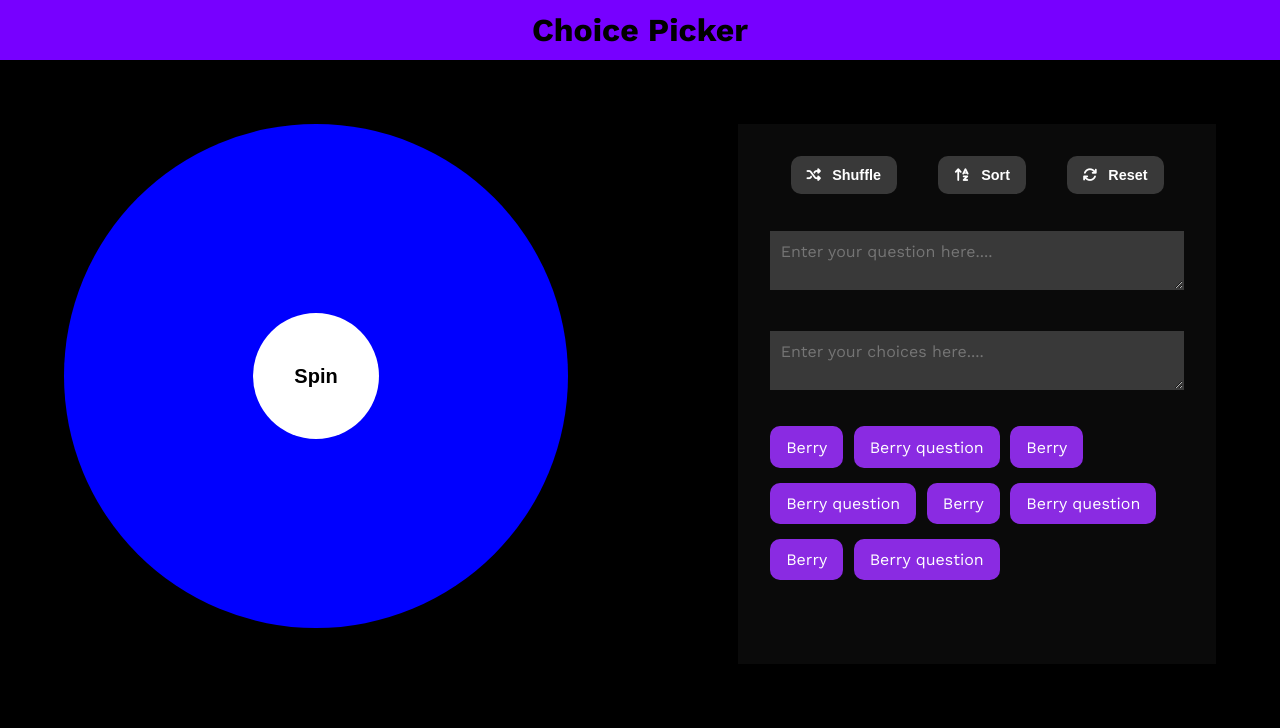
Repository: emiliaiwu/choice_wheel_spinner
Page: index.html
The author's editor kept a copy of each file at every save. The page is drawn from the files as they stood at one save, then again after the next save.
The browser window is 1280 px wide. The pictures show the whole page.
Some web libraries are served in a nearby version.

Above is the page before, as saved 2023-01-10 01:18:50.

### index.html
<!DOCTYPE html>
<html lang="en">
<head>
    <meta charset="UTF-8">
    <meta http-equiv="X-UA-Compatible" content="IE=edge">
    <meta name="viewport" content="width=device-width, initial-scale=1.0">
    <script src="https://kit.fontawesome.com/fd9c36575f.js" crossorigin="anonymous"></script>
    <link rel="stylesheet" href="style.css">
    <script defer src="script.js"></script>
    <title>Choice Picker</title>
</head>
<body>
    <header>
        <h1>Choice Picker</h1>
    </header>
    <div class="container">
        <div class="choice_picker_container">
            <div class="choice_picker">
                <div class="circle">
                    <button class="spin">
                        <h2>Spin</h2>
                    </button>
                </div>
            </div>
            <div class="choice_details">
                <div class="choice_style">
                    <button class="shuffle btn"><i class="fa-solid fa-shuffle"></i>Shuffle</button>
                    <button class="sort btn"><i class="fa-solid fa-arrow-up-a-z"></i>Sort</button>
                    <button class="reset btn"><i class="fa-solid fa-arrows-rotate"></i>Reset</button>
                </div>
                <div class="question">
                    <textarea name="question" id="question" placeholder="Enter your question here...."></textarea>
                </div>
                <div class="make_choices">
                    <textarea name="choices" id="choices" placeholder="Enter your choices here...."></textarea>
                </div>
                <div class="listed_choices">
                    <span class="choice">Berry</span>
                    <span class="choice">Berry question</span>
                    <span class="choice">Berry</span>
                    <span class="choice">Berry question</span>
                    <span class="choice">Berry</span>
                    <span class="choice">Berry question</span>
                    <span class="choice">Berry</span>
                    <span class="choice">Berry question</span>
                </div>
            </div>
        </div>
        <div class="picked_choice">

        </div>
    </div>
</body>
</html>

### style.css
@import url('https://fonts.googleapis.com/css2?family=Work+Sans:ital,wght@0,400;0,500;1,600;2,700&display=swap');

* {
    padding: 0;
    margin: 0;
    box-sizing: border-box;
}


body {
    background-color: #000000;
    font-family: 'Work Sans', sans-serif;
    max-width: 100vw;
    min-height: 100vh;
    color: #ffffff;

}

header {
    height: 60px;
    width: 100%;
    background-color:rgb(119, 0, 255);
    color: #000;

}

header,
.spin {
    display: flex;
    align-items: center;
    justify-content: center;

}

.container {
    padding: 5%;
}

.container,
.choice_picker {
    width: 100%;
    height: 100%;
}

.choice_picker_container {
    display: flex;
    align-items: flex-start;
    justify-content: space-between;
    gap: 2rem;
}

.circle {
    width: 70vmin;
    height: 70vmin;
    background-color: blue;
    border-radius: 50%;
    position: relative;
}

.spin {
    width: 25%;
    height: 25%;
    background-color: #FFFFFF;
    position: absolute;
    border-radius: 50%;
    top: 50%;
    left: 50%;
    transform: translate(-50%, -50%);
    outline: none;
    border: none;
}


.choice_details {
    padding: 2rem;
    height: 75vh;
    width: 70%;
    background-color: #0a0a0a;
    display: flex;
    flex-direction: column;
    gap: 2rem;

}

.choice_style {
    display: flex;
    justify-content: space-around;
    align-items: center;
    /* margin-bottom: 2rem; */
}

.btn {
    padding: .7rem 1rem;
    font-size: .9rem;
    font-weight: 600;
    border-radius: 10px;
    background-color: #393939;
    border: none;
    color: #FFFFFF;
}

.fa-solid {
    margin-right: .7rem;
}

label {
    font-weight: 600;
    font-size: 1.1rem;
}


textarea {
    padding: .6rem;
    width: 100%;
    font-size: 1rem;
    border: 1px solid #393939;
    outline: none;
    margin-top: .3rem;
    background-color: #393939;
    color: #FFFFFF;
    font-family: inherit;
}

.listed_choices {
    width: 100%;
    height: 100%;
}

.choice {
    display: inline-block;
    padding: .7rem 1rem;
    background-color: blueviolet;
    border-radius: 10px;
    margin: 0 5px 15px 0px;
}



@media only screen and (max-width: 600px) {
    .choice_picker_container {
        flex-direction: column;
        justify-content: center;
        align-items: center;
    }
}

### script.js
'use strict';


// Select elements
const questionTextArea = document.getElementById('question');
const choicesTextArea = document.getElementById('choices');
const choiceContainer = document.querySelector('.listed_choices');








choicesTextArea.addEventListener("keydown", (e) => {
    if (e.key === "Enter") {
        const choice = document.createElement('span');
        choice.classList.add('choice');
        choice.innerText = choicesTextArea.value;
        choiceContainer.prepend(choice);
    }
});

After the next save:
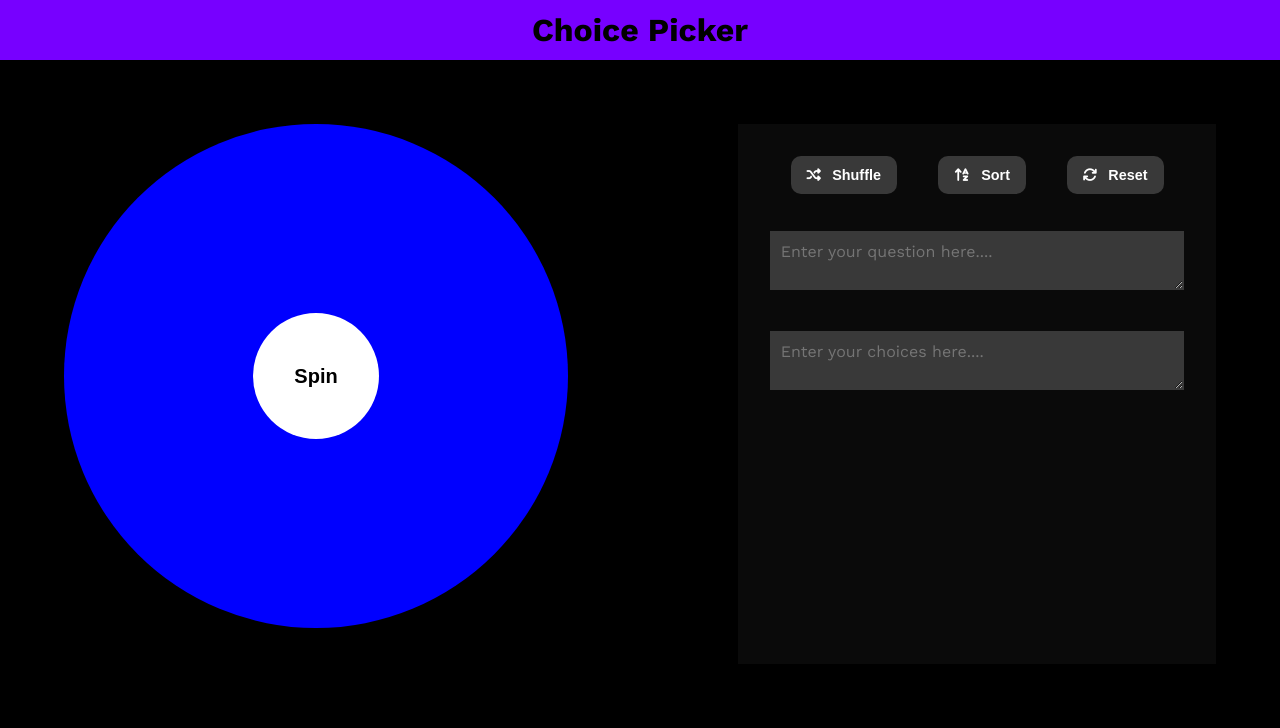
Saved 18 s later.
--- a/index.html
+++ b/index.html
@@ -35,14 +35,14 @@
                     <textarea name="choices" id="choices" placeholder="Enter your choices here...."></textarea>
                 </div>
                 <div class="listed_choices">
-                    <span class="choice">Berry</span>
+                    <!-- <span class="choice">Berry</span>
                     <span class="choice">Berry question</span>
                     <span class="choice">Berry</span>
                     <span class="choice">Berry question</span>
                     <span class="choice">Berry</span>
                     <span class="choice">Berry question</span>
                     <span class="choice">Berry</span>
-                    <span class="choice">Berry question</span>
+                    <span class="choice">Berry question</span> -->
                 </div>
             </div>
         </div>
